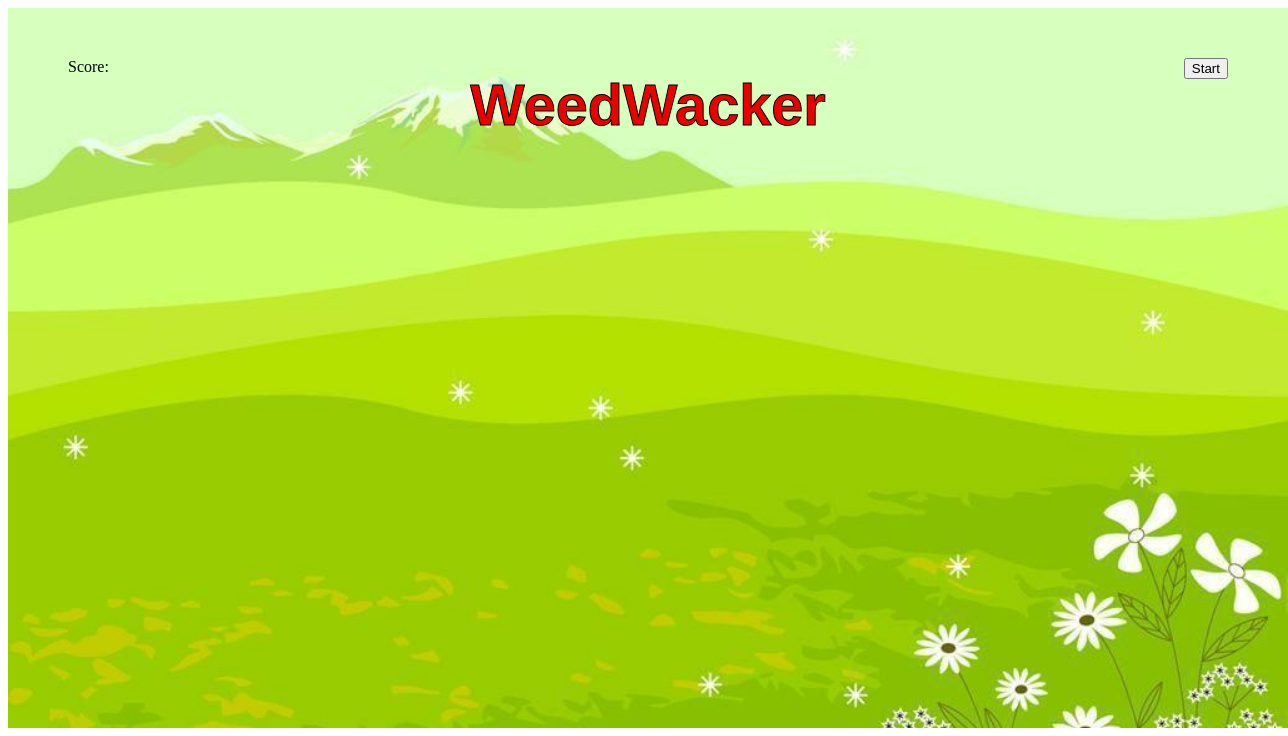
Repository: AustinW24/weedwacker
Page: index.html
These files come from the project's save history. The page is drawn as it stood at one moment and after the next save; the edit follows.
The browser window is 1280 px wide. The page is 1288 px wide, so the pictures cover 1288 px, including what lies to the right of the window. The pictures show the whole page.
Some web fonts or font styles are not loaded; a fallback is used.

Above is the page before, as saved 2022-02-09 10:21:33.

### index.html
<!DOCTYPE html>
<html lang="en">

<head>
    <meta charset="UTF-8">
    <meta name="viewport" content="width=device-width, initial-scale=1.0">
    <meta http-equiv="X-UA-Compatible" content="ie=edge">
    <title>WeedWacker</title>
    <link href="http://fonts.cdnfonts.com/css/common-pixel" rel="stylesheet">
    <link rel="stylesheet" href="style.css">
</head>

<body>
    <div class="container">

        <div class="score">Score: </div>
        <div class="heading">
            <h1 class="title">WeedWacker</h1>
        </div>
        <div class="start">
            <button onClick="startGame()">Start</button>
        </div>
        <div class="game">
            <div class="hole hole1">
                <div class="mole"></div>
            </div>
            <div class="hole hole2">
                <div class="mole"></div>
            </div>
            <div class="hole hole3">
                <div class="mole"></div>
            </div>
            <div class="hole hole4">
                <div class="mole"></div>
            </div>
            <div class="hole hole5">
                <div class="mole"></div>
            </div>
            <div class="hole hole6">
                <div class="mole"></div>
            </div>
            <div class="hole hole7">
                <div class="mole"></div>
            </div>
            <div class="hole hole8">
                <div class="mole"></div>
            </div>
            <div class="hole hole9">
                <div class="mole"></div>
            </div>
        </div>

    </div>
    <script src="main.js"></script>
</body>

</html>

### style.css
html{
    box-sizing: border-box;
    margin: 0 auto;
}

*, *:before, *:after {
    box-sizing: inherit;
}

.container {
    height: 100vh;
    width: 100vw;
    background: url("/assets/wwbackground.jpg") no-repeat center;
    background-size: 100%;
    display: flex;
    align-items: center;
    justify-content: center;
    position: relative;
}

.game {
    display: flex;
    flex-wrap: wrap;
    width: 800px;
    height: 400px;
    margin: 0 auto;

    /* display: grid;
    place-items: center;
    grid-template-columns: repeat(3, 1fr);
    grid-template-rows: repeat(3, 1fr);
    column-gap: 10px;
    row-gap: 15px;
    width: 50%;
    height: 80%;
    position: absolute;
    bottom: 0;
    margin-bottom: 10px;
    margin-top: 20%;
    outline: 2px solid blue;
    justify-content: center; */
}

.hole {
    flex: 1 0 33.33%;
    overflow: hidden;
    position: relative;
}

.hole:after {
    display: block;
    background: url("/assets/dirt.svg")
    content: '';
    position: absolute;
    width: 100%;
    height: 70px;
    z-index: 2;
    bottom: -30px;
}
.heading {
    display: flex;
    position: absolute;
    top: 0;
    margin-top: 2%;
    font-family: 'Common Pixel', sans-serif;
    color: rgb(235, 0, 0);
    font-size: 2vw;
    font-size: 4vh;
    -webkit-text-stroke-width: 1px;
    -webkit-text-stroke-color: black;
}

.score {
    left: 0;
    position: absolute;
    top: 0;
    margin-top: 50px;
    margin-left: 60px;
}
.start {
    right: 0;
    position: absolute;
    top: 0;
    margin-top: 50px;
    margin-right: 60px;
}

### main.js
let score = 0;

Loaded but not shown: assets/dirt.svg (40 lines, source omitted)

After the next save:
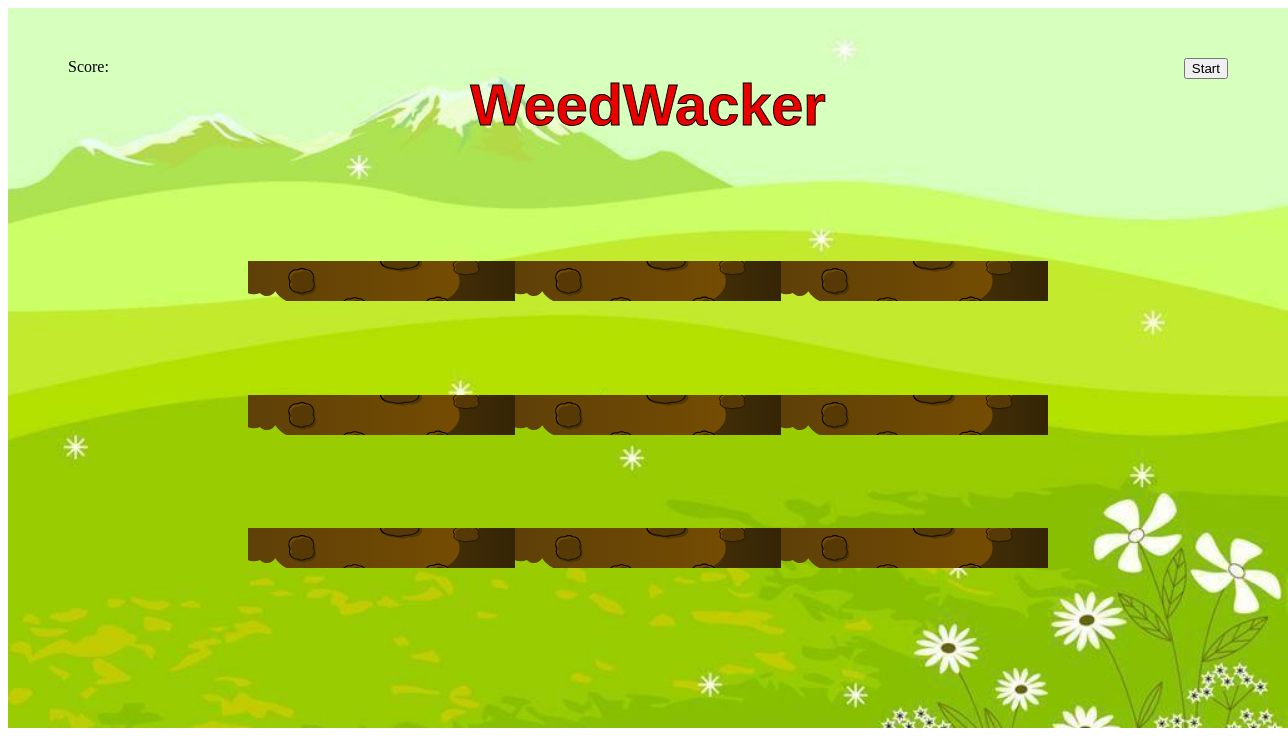
Saved 9 s later.
--- a/style.css
+++ b/style.css
@@ -49,7 +49,7 @@ html{
 
 .hole:after {
     display: block;
-    background: url("/assets/dirt.svg")
+    background: url("/assets/dirt.svg") bottom center no-repeat;
     content: '';
     position: absolute;
     width: 100%;
